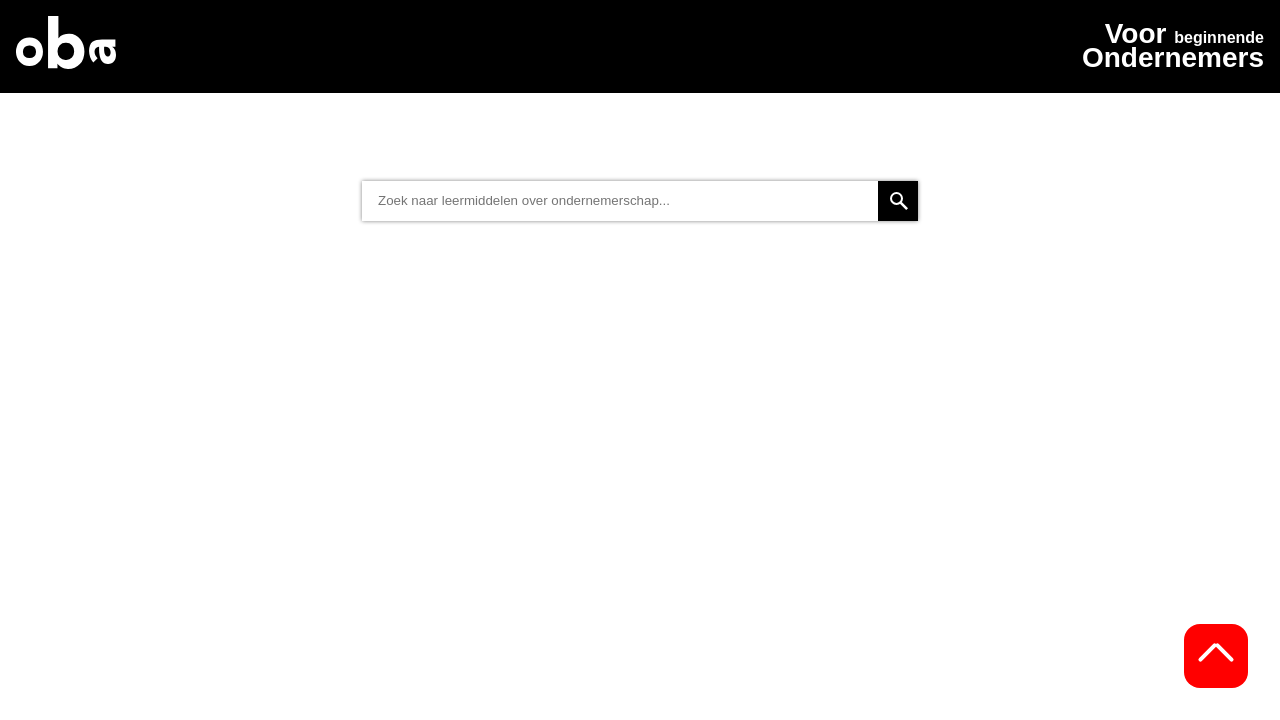
Repository: juliandecloe/OBA-voor-beginnende-ondernemers
Page: index.html
The author's editor kept a copy of each file at every save. The page is drawn from the files as they stood at one save, then again after the next save.
The browser window is 1280 px wide. The pictures show the whole page.
The page's requests for data from a server got no answer.

Above is the page before, as saved 2022-03-18 03:14:23.

### index.html
<!DOCTYPE html>
<html lang="en">

<head>
    <meta charset="UTF-8">
    <meta http-equiv="X-UA-Compatible" content="IE=edge">
    <meta name="viewport" content="width=device-width, initial-scale=1.0">
    <title>OBA - Voor beginnende ondernemers</title>
    <link rel="stylesheet" href="style.css">
    <script type="module" src="script.js"></script>
</head>

<body>
    <div class="hide"></div>
    <header>
        <a href="index.html">
            <h1>
                <svg xmlns="http://www.w3.org/2000/svg" viewBox="0 0 83.49 44.24">
                    <g id="Layer_2" data-name="Layer 2">
                        <g id="Layer_1-2" data-name="Layer 1">
                            <path class="cls-1"
                                d="M11.25,35.12a5.53,5.53,0,0,0,3.92-1.39,5,5,0,0,0,1.5-3.9,5,5,0,0,0-1.5-3.9,5.53,5.53,0,0,0-3.92-1.39,5.54,5.54,0,0,0-3.93,1.39,5,5,0,0,0-1.5,3.9,5,5,0,0,0,1.5,3.9,5.54,5.54,0,0,0,3.93,1.39m0,6.62a11.24,11.24,0,0,1-4.64-.93,10.54,10.54,0,0,1-3.54-2.54A11.06,11.06,0,0,1,.79,34.48a14.08,14.08,0,0,1,0-9.3,11.2,11.2,0,0,1,2.28-3.8,10.65,10.65,0,0,1,3.54-2.53,11.24,11.24,0,0,1,4.64-.93,11.23,11.23,0,0,1,4.63.93,10.8,10.8,0,0,1,3.55,2.53,11.34,11.34,0,0,1,2.27,3.8,14.08,14.08,0,0,1,0,9.3,11.2,11.2,0,0,1-2.27,3.79,10.68,10.68,0,0,1-3.55,2.54,11.23,11.23,0,0,1-4.63.93" />
                            <path class="cls-1"
                                d="M34.71,29.55a7.26,7.26,0,0,0,1.81,5.13,6.62,6.62,0,0,0,5.1,2,6.62,6.62,0,0,0,5.1-2,7.26,7.26,0,0,0,1.81-5.13,7.26,7.26,0,0,0-1.81-5.13,6.63,6.63,0,0,0-5.1-2,6.63,6.63,0,0,0-5.1,2,7.26,7.26,0,0,0-1.81,5.13M26.76,0H35.4V18.55h.12a7.92,7.92,0,0,1,3.83-2.85,14.73,14.73,0,0,1,5-.84,11.29,11.29,0,0,1,5.35,1.24,12.49,12.49,0,0,1,4,3.31,15.67,15.67,0,0,1,2.53,4.75,17.54,17.54,0,0,1,.89,5.62,16.54,16.54,0,0,1-1,5.82,13.4,13.4,0,0,1-2.79,4.58,12.66,12.66,0,0,1-4.35,3,14.43,14.43,0,0,1-5.64,1.07,9.68,9.68,0,0,1-2.83-.41,11.85,11.85,0,0,1-2.44-1,10.26,10.26,0,0,1-2-1.41,9.72,9.72,0,0,1-1.36-1.53h-.11v3.69H26.76Z" />
                            <path class="cls-1"
                                d="M73.57,27.25c0,.5,0,1.12.07,1.87A9.57,9.57,0,0,0,74,31.28a4.9,4.9,0,0,0,.93,1.77,2.14,2.14,0,0,0,1.72.73,1.89,1.89,0,0,0,1.76-1A4.25,4.25,0,0,0,79,30.64a6.51,6.51,0,0,0-.27-1.87A5.54,5.54,0,0,0,78,27.16a3.48,3.48,0,0,0-3-1.54H73.57Zm6.7-1.63v.09a6.17,6.17,0,0,1,2.47,2.93,10.09,10.09,0,0,1,.75,3.86,10,10,0,0,1-.42,2.89,7.06,7.06,0,0,1-1.25,2.44,6,6,0,0,1-2.07,1.68,6.38,6.38,0,0,1-2.87.62,6.5,6.5,0,0,1-3.13-.69,6.09,6.09,0,0,1-2.12-1.85,9.21,9.21,0,0,1-1.3-2.67,18.48,18.48,0,0,1-.68-3.11,28.93,28.93,0,0,1-.27-3.22c0-1.07,0-2.06,0-3a3.45,3.45,0,0,0-2.8,1.25,4.55,4.55,0,0,0-1,3,6.56,6.56,0,0,0,.68,3,8.12,8.12,0,0,0,1.88,2.4l-3.62,3.53a12.43,12.43,0,0,1-2.58-4.32A15.55,15.55,0,0,1,61,29.32a13.46,13.46,0,0,1,.73-4.78,7,7,0,0,1,2.14-3A8.29,8.29,0,0,1,67.33,20a23,23,0,0,1,4.74-.44H83v6.09Z" />
                        </g>
                    </g>
                </svg>
            </h1>
        </a>
        <h2>Voor <span>beginnende</span> Ondernemers</h2>
    </header>
    <main>
        <form action="">
            <input id="search" type="text" placeholder="Zoek naar leermiddelen over ondernemerschap..." autocomplete="off">
            <button for="search"><img src="img/search.svg" alt="search button"></button>
        </form>
        <section></section>
    </main>
    <footer>
        <button></button>
    </footer>
</body>

</html>

### style.css
* {
    padding: 0;
    margin: 0;
    font-family: 'Avenir', Arial, sans-serif;
}

body, html {
    scroll-behavior: smooth;
}

header {
    background-color: black;
    color: white;
    padding: 1rem;
    display: flex;
    justify-content: space-between;
    align-items: center;
    position: sticky;
    top: 0;
    z-index: 5;
}

main {
    display: flex;
    flex-direction: column;
    align-items: center;
}

header > a {
    width: 100px;
}

header svg {
    fill: white;
}

h2 {
    font-size: 28px;
    width: 200px;
    text-align: right;
    line-height: 20px;
    transition: .3s;
}

h2 span {
    font-size: 16px;
    display: inline;
}

@media (max-width: 720px) {
    h2 {
        font-size: 22px;
    }

    h2 span {
        font-size: 12px;
    }
}

form {
    min-width: 60vw;
    height: 30vh;
    display: flex;
    align-items: center;
    justify-content: center;
    filter: drop-shadow(0 0 2px gray);
}

input {
    width: 70%;
    height: 40px;
    max-width: 500px;
    border-radius: 0;
    border: none;
    padding-left: 1rem;
}

form button {
    width: 40px;
    height: 40px;
    background: black;
    color: white;
    font-weight: 800;
    border: none;
    display: flex;
    align-items: center;
    transition: .5s;
    cursor: pointer;
    padding-left: 12px;
    overflow: hidden;
}

@media (min-width: 720px) {

    form button:hover {
        width: 100px;
        padding-right: 5px;
    }

    form button::after {
        content: "zoeken";
        display: block;
        opacity: 0;
        color: white;
        transition: .5s;
        transition-delay: .1s ease-in-out;
    }

    form button:hover::after {
        opacity: 1;
        margin-left: 15px;
    }

}

main > section {
    display: flex;
    justify-content: space-around;
    flex-wrap: wrap;
    width: 100%;
    max-width: 1200px;
}

main > section article {
    width: 250px;
    margin: 1.5rem 0;
    transition: .5s;
    padding: 1rem;
    border: 1.5px solid rgba(255, 0, 0, 0);
}

main > section h3 {
    display: -webkit-box;
    overflow : hidden;
    text-overflow: ellipsis;
    -webkit-line-clamp: 2;
    -webkit-box-orient: vertical;
    height: 50px;
}

main > section p:not(.suggest-book p, .detailed p) {
    width: 95%;
    display: -webkit-box;
    overflow : hidden;
    text-overflow: ellipsis;
    -webkit-line-clamp: 3;
    -webkit-box-orient: vertical;
    color: gray;
    margin: 1rem 0;
    height: 70px;
}

main > section img:not(.detailed img) {
    width: 100%;
    height: 360px;
    object-fit: cover;
    background: rgb(233, 233, 233);
}

.suggest-book {
    width: 100%;
    text-align: center;
}

.suggest-book {
    padding: 3rem;
}

.suggest-book h2 {
    display: inline;
    background: rgb(255,0,0);
    background: linear-gradient(0deg, rgba(255,0,0,0.09989933473389356) 0%, rgba(255,0,0,0.10270045518207283) 50%, rgba(9,9,121,0) 50%);
    padding-bottom: .1rem;
    width: 50%;
    text-align: center;
}

.suggest-book button {
    background-color: red;
    color: white;
    padding: 5px 20px;
    border: none;
    cursor: pointer;
}

.suggest-book p {
    margin: 2rem 0;
}

#random-book, .results:hover:not(.detailed) {
    box-shadow: 2px 2px 4px gray;
    transform: translateY(-2rem);
    border: 1.5px solid red;
    border-radius: 5px;
    cursor: pointer;
}

.detailed {
    position: fixed;
    background-color: white;
    z-index: 4;
    top: 20vh;
    left: 50vw;
    transition: none;
    width: 50vw;
    margin: 0;
    padding: 2.5vh 2rem;
    margin-left: -28vw;
    display: grid;
    grid-template-columns: 300px 1fr;
    grid-template-rows: .5fr .7fr .2fr 1fr;
    grid-column-gap: 50px;
    grid-row-gap: 1px;
    box-shadow: 4px 4px 12px 1px rgba(0, 0, 0, 0.616);
}

.detailed img {
    grid-area: 1 / 1 / 6 / 2;
    width: 100%;
    place-self: center;
}

.detailed h3 {
    grid-area: 1 / 2 / 2 / 3;
}

.detailed > p {
    color: gray;
    grid-area: 2 / 2 / 3 / 3;
    overflow : hidden;
    text-overflow: ellipsis;
    -webkit-line-clamp: 5;
    -webkit-box-orient: vertical;
}

.detailed h4 {
    grid-area: 3 / 2 / 4 / 3;
    place-self: left center;
    font-size: 20px;
}

.detailed div {
    grid-area: 4 / 2 / 5 / 3;
    display: block;
}

.detailed li {
    list-style-type: none;
    width: 100%;
    display: grid;
    grid-template-columns: .5fr 1fr;
    grid-template-rows: 1fr;
    grid-column-gap: 20px;
    grid-row-gap: 0px;
}

@media (max-width: 1322px) {
    .detailed {
        top: 20vh;
        left: 50vw;
        width: 70vw;
        padding: 2.5vh 1rem;
        margin-left: -38.5vw;
        grid-template-columns: 300px 1fr;
        grid-template-rows: .3fr .4fr .1fr 1fr;
        grid-column-gap: 50px;
        grid-row-gap: 1px;
        box-shadow: 4px 4px 12px 1px rgba(0, 0, 0, 0.616);
    }

    .detailed li {
        display: block;
        margin-bottom: .5rem;
    }
}

@media (max-width: 1000px) {
    .detailed {
        top: 19vh;
        left: 50vw;
        width: 90vw;
        padding: 2.5vh 1rem;
        margin-left: -48vw;
        grid-template-columns: 200px 1fr;
        grid-template-rows: .3fr .4fr .1fr 1fr;
        grid-column-gap: 20px;
        grid-row-gap: 1px;
        box-shadow: 4px 4px 12px 1px rgba(0, 0, 0, 0.616);
    }
}

.detailed li p:first-child {
    grid-area: 1 / 1 / 2 / 2;
    overflow-wrap: break-word;
    font-weight: 800;
}

.detailed li:last-child p:last-child {
    grid-area: 1 / 2 / 2 / 3;
    overflow-wrap: break-word;
    word-break: break-all;
    white-space: wrap;
    overflow: hidden;
    width: 100%;
}

.hide {
    display: none;
}

body > div {
    background: black;
    position: fixed;
    opacity: .5;
    width: 100vw;
    height: 100vh;
    z-index: 4;
}

.results button {
    position: absolute;
    top: .3rem;
    right: .5rem;
    width: 1rem;
    aspect-ratio: 1/1;
    cursor: pointer;
    background: none;
    border: none;
}

.results button::before, .results button::after {
    content: "";
    display: block;
    background-color: red;
    width: 4px;
    height: 24px;
    transition: .5s ease-in;
    transform-origin: center;
    position: absolute;
    border-radius: 50px;
}

.results button::before {
    transform: rotate(45deg)
}

.results button::after {
    transform: rotate(-45deg)
}

.results button:hover::before {
    transform: rotate(-45deg)
}

.results button:hover::after {
    transform: rotate(45deg)
}


@media (max-width: 620px) {
    .detailed {
        top: 17vh;
        left: 50vw;
        width: 80vw;
        height: 75vh;
        padding: 2.5vh 1rem;
        margin-left: -45vw;
        display: block;
        overflow-y: scroll;
        box-shadow: 4px 4px 12px 1px rgba(0, 0, 0, 0.616);
    }

    .detailed > button {
        position: fixed;
        right: 9vw;
        top: 18vh;
    }

    .detailed h3 {
        margin-bottom: 2rem;
    }

    .detailed img {
        width: 50%;
        margin: 2rem 0;
    }
}

footer {
    position: fixed;
    right: 2rem;
    bottom: 2rem;
    z-index: 5;
    transition: 1s;
}

footer button {
    background-color: red;
    border: none;
    width: 4rem;
    aspect-ratio: 1/1;
    display: grid;
    place-items: center;
    border-radius: 25%
}

footer button::before, footer button::after {
    content: "";
    display: block;
    background-color: white;
    width: 4px;
    height: 24px;
    transition: .5s ease-in;
    transform-origin: center top;
    position: absolute;
    border-radius: 50px;
}

footer button::before {
    transform: rotate(45deg)
}

footer button::after {
    transform: rotate(-45deg)
}

### script.js
/*** Fetching data -> refactor into module later ***/
import { getData } from "./modules/getData.js";

export let query;
export let page = 1;

if(window.location.hash) {
    query = window.location.hash.slice(1);
} else {
    query = '';
}

// =================== START FUNCTIONS =================== //

if(window.location.hash == '#random-book') {
    history.replaceState("", "", location.pathname);
    query = '';
}

getData();


// =================== SEARCH =================== //

window.addEventListener('hashchange', function() {
    if(window.location.hash == '') {
		history.replaceState("", "", location.pathname);
        query = '';
        getData();
	} else if(window.location.hash != '#random-book') {
        query = window.location.hash.slice(1);
        getData();
    }
})

const searchForm = document.querySelector('form');
let searchInput = document.querySelector('main > form input');

searchForm.addEventListener('submit', function(e) {
    window.location.hash = searchInput.value;
    e.preventDefault();
})


// =================== LOAD MORE =================== //

export function pageLoader() {
    let scroll = 1;
    if ((window.innerHeight + window.pageYOffset) >= document.body.offsetHeight - 2) {
        page = page + 1;
        getData(scroll)
    }

}

window.addEventListener('scroll', pageLoader);

### modules/getData.js
import { renderData } from "./renderData.js";
import { query, page } from "../script.js";

const cors = 'https://cors-anywhere.herokuapp.com/';
const endpoint = 'https://zoeken.oba.nl/api/v1/search/?q=';
const key = '1a719538729c214e276b93b4c94064c8';
const detail = 'default';
const config = {
  Authorization: `Bearer 4289fec4e962a33118340c888699438d`
}

export function getData(scroll) {
    let url = `${cors}${endpoint}${'Ondernemerschap+' + query}&page=${page}&authorization=${key}&detaillevel=${detail}&output=json`;
    fetch(url, config)
    .then(response => {
        return response.json();
    })
    .then(data => {
        console.dir(data)
        renderData(data, scroll);
    })
    .catch(err => {
        console.log(err);
    });
}

### modules/renderData.js
import { suggestBook } from "./suggestRando.js";
import { triggerDetailed } from "./detailed.js";

const section = document.querySelector('main > section');

export function renderData(data, scroll, checker) {
  let articleEl = document.querySelectorAll('.results');
  if(!scroll) {
    articleEl.forEach((item) => {
      item.remove();
    });
  }
  data.results.forEach((item) => {
    section.insertAdjacentHTML('beforeend',
        `
        <article class="results">
          <button class="hide"></button>
              <h3>${item.titles[0]}</h3>
              <p>${item.summaries ? item.summaries[0] : 'Geen samenvatting'}</p>
              <img src="${item.coverimages ? item.coverimages[1] : '' }">
              <h4 class="hide">Details</h4>
                <div class="hide">
                  <ul>
                    <li><p>Auteur:</p><p>${item.authors ? item.authors : 'Geen auteurs'}</p></li>
                    <li><p>Uitgever:</p><p>${item.publisher ? item.publisher : 'Geen uitgever'}</p></li>
                    <li><p>Taal:</p><p>${item.languages ? item.languages : 'Geen taal'}</p></li>
                    <li><p>Jaar:</p><p>${item.year ? item.year : 'Geen jaar'}</p></li>
                    <li><p>Onderwerp:</p><p>${item["subject-topical"] ? item["subject-topical"] : 'Geen onderwerp'}</p></li>
                  </ul>
              </div>
        </article>
        `
    );
  });
  suggestBook();
  triggerDetailed();
}

### modules/suggestRando.js
import { page } from "../script.js";


export function suggestBook() {
    let beforeArticle;
    if(page % 2 == 0) {
        if (page > 2) {
            let suggestEl = document.querySelector('.suggest-book');
            suggestEl.remove();
        }
        beforeArticle = document.querySelectorAll('main > section article');

        beforeArticle[beforeArticle.length-4].insertAdjacentHTML('beforebegin',
        ` <article class="suggest-book">
            <h2>Weet je niet welke je moet kiezen?</h2>
            <p>Laat ons een willekeurig boek kiezen!</p>
            <button>Doe je ding</button>
        </article>`
        );

        const suggestBtn = document.querySelector('.suggest-book button');

        suggestBtn.addEventListener('click', function() {
            randomBook()
        });
    }
}

export function randomBook() {
    history.replaceState("", "", location.pathname);
    let articleArray = document.querySelectorAll('.results');
    articleArray.forEach((item, i) => {
        if(item.id == 'random-book') {
            item.id = null;
        }
    });

    const random = Math.floor(Math.random() * articleArray.length);
    articleArray[random].id = 'random-book';
    window.location.hash = '#random-book';
}

### modules/detailed.js
export function triggerDetailed() {
    let articleEl = document.querySelectorAll('.results');
    let articleCheck = 0;
    articleEl.forEach((result) => {
        result.addEventListener('click', function() {
        if(articleCheck == 0) {
            getDetailed(result);
            articleCheck = 1;
        } else {
            articleCheck = 0;
        }
        });
    });
}


export function getDetailed(result) {
    result.classList.add('detailed');

    const appearance = document.querySelectorAll('body > div, .detailed button, .detailed h4');
    appearance.forEach((element) => {
        element.classList.remove('hide');
    })

    let removeBtn = document.querySelector('.detailed button')
    removeBtn.addEventListener('click', function() {
        removeDetailed(result);
    });
}

function removeDetailed(result) {
    const appearance = document.querySelectorAll('body > div, .detailed button, .detailed h4');
    appearance.forEach((element) => {
        element.classList.add('hide');
    });
    result.classList.remove('detailed');
}

After the next save:
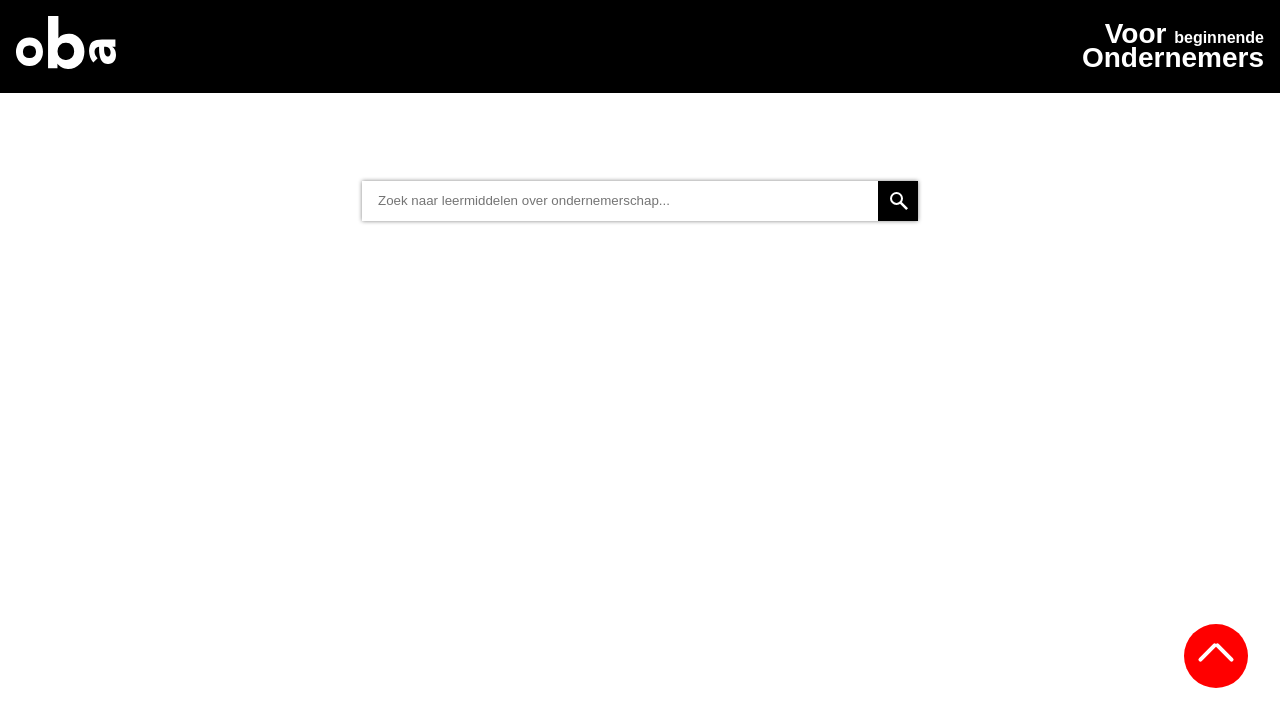
Saved 9 s later.
--- a/style.css
+++ b/style.css
@@ -401,7 +401,7 @@
     aspect-ratio: 1/1;
     display: grid;
     place-items: center;
-    border-radius: 25%
+    border-radius: 50%;
 }
 
 footer button::before, footer button::after {
